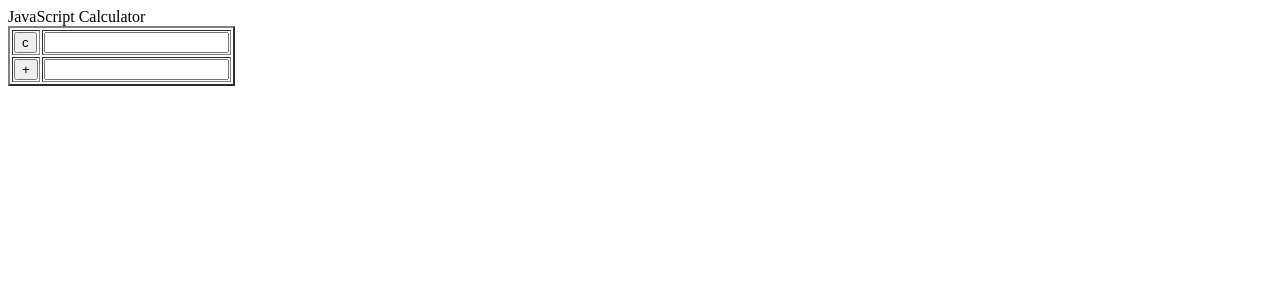
Repository: spidero7/Simple-Calculator
Page: index.html
These files come from the project's save history. The page is drawn as it stood at one moment and after a run of saves; the edit follows.
The browser window is 1280 px wide. The pictures show the whole page.

Above is the page before, as saved 2021-09-15 06:50:47.

After the next 3 saves:
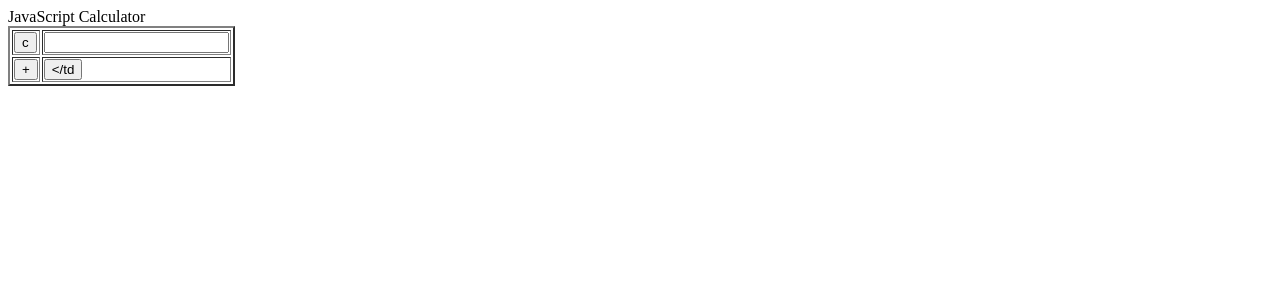
The 3 saves are shown as one change because they came seconds apart.
The last was saved 8 s later.
--- a/index.html
+++ b/index.html
@@ -16,7 +16,7 @@
         </tr>
         <tr>
             <td><input type="button" value="+" onclick="display('+')"/></td>
-            <td><input type=""</td>
+            <td><input type="button" value=</td>
         </tr>
     </table>
     <script src="app.js"></script>
